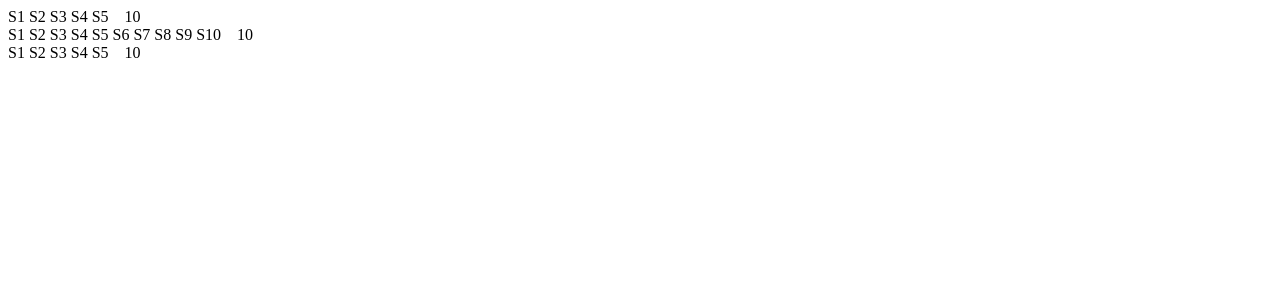
Repository: echoyol/07-usepopcorn
Page: /
An editor plug-in stored every save of this project. The page is shown before and after the next save, followed by the edit.
The browser window is 1280 px wide. The pictures show the whole page.
The project was rebuilt for these pictures with package versions that can differ from the ones it lists, and the page was loaded fresh each time.

Above is the page before, as saved 2023-07-06 11:18:57.

### src/index.js
import React from 'react'
import ReactDOM from 'react-dom/client'
// import './index.css'
// import App from './App'

import StarRating from './StarRating'

const root = ReactDOM.createRoot(document.getElementById('root'))
root.render(
  <React.StrictMode>
    {/* <App /> */}
    <StarRating maxRating={5} />
    <StarRating maxRating={10} />
    <StarRating />
  </React.StrictMode>
)

### src/StarRating.js
const containerStyle = {
  display: 'flex',
  alignItems: 'center',
  gap: '16px',
}

const starContainerStyle = {
  display: 'flex',
  gap: '4px',
}

const textStyle = {
  lineHeight: '1',
  margin: '0',
}
export default function StarRating({ maxRating = 5 }) {
  return (
    <div style={containerStyle}>
      <div style={starContainerStyle}>
        {Array.from({ length: maxRating }, (_, i) => (
          <span>S{i + 1}</span>
        ))}
      </div>
      <p style={textStyle}>10</p>
    </div>
  )
}

Loaded but not shown: public/index.html (common file)

After the next save:
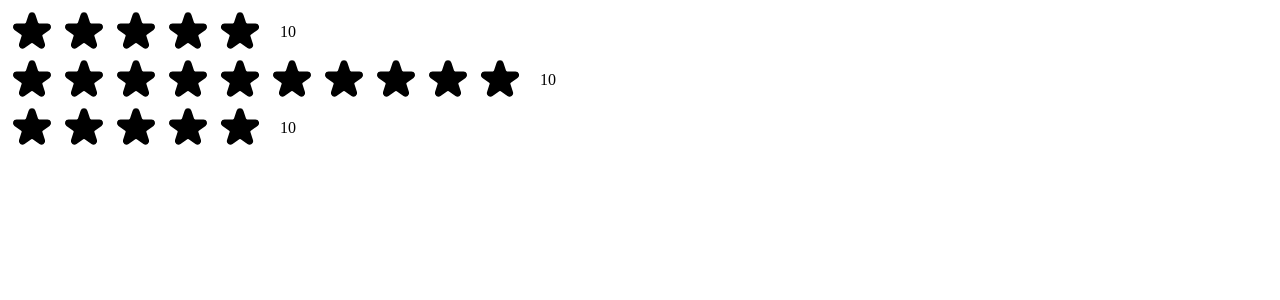
Saved 9 min 31 s later.
--- a/src/StarRating.js
+++ b/src/StarRating.js
@@ -18,10 +18,57 @@ export default function StarRating({ maxRating = 5 }) {
     <div style={containerStyle}>
       <div style={starContainerStyle}>
         {Array.from({ length: maxRating }, (_, i) => (
-          <span>S{i + 1}</span>
+          <Star key={i} />
         ))}
       </div>
       <p style={textStyle}>10</p>
     </div>
   )
 }
+
+const starStyle = {
+  width: '48px',
+  height: '48px',
+  display: 'block',
+  cursor: 'pointer',
+}
+function Star() {
+  return (
+    <span
+      role='button'
+      style={starStyle}
+    >
+      <svg
+        xmlns='http://www.w3.org/2000/svg'
+        viewBox='0 0 20 20'
+        fill='#000'
+        stroke='#000'
+      >
+        <path d='M9.049 2.927c.3-.921 1.603-.921 1.902 0l1.07 3.292a1 1 0 00.95.69h3.462c.969 0 1.371 1.24.588 1.81l-2.8 2.034a1 1 0 00-.364 1.118l1.07 3.292c.3.921-.755 1.688-1.54 1.118l-2.8-2.034a1 1 0 00-1.175 0l-2.8 2.034c-.784.57-1.838-.197-1.539-1.118l1.07-3.292a1 1 0 00-.364-1.118L2.98 8.72c-.783-.57-.38-1.81.588-1.81h3.461a1 1 0 00.951-.69l1.07-3.292z' />
+      </svg>
+    </span>
+  )
+}
+
+/*
+FULL STAR
+
+
+
+EMPTY STAR
+
+<svg
+  xmlns="http://www.w3.org/2000/svg"
+  fill="none"
+  viewBox="0 0 24 24"
+  stroke="#000"
+>
+  <path
+    strokeLinecap="round"
+    strokeLinejoin="round"
+    strokeWidth="{2}"
+    d="M11.049 2.927c.3-.921 1.603-.921 1.902 0l1.519 4.674a1 1 0 00.95.69h4.915c.969 0 1.371 1.24.588 1.81l-3.976 2.888a1 1 0 00-.363 1.118l1.518 4.674c.3.922-.755 1.688-1.538 1.118l-3.976-2.888a1 1 0 00-1.176 0l-3.976 2.888c-.783.57-1.838-.197-1.538-1.118l1.518-4.674a1 1 0 00-.363-1.118l-3.976-2.888c-.784-.57-.38-1.81.588-1.81h4.914a1 1 0 00.951-.69l1.519-4.674z"
+  />
+</svg>
+
+*/
